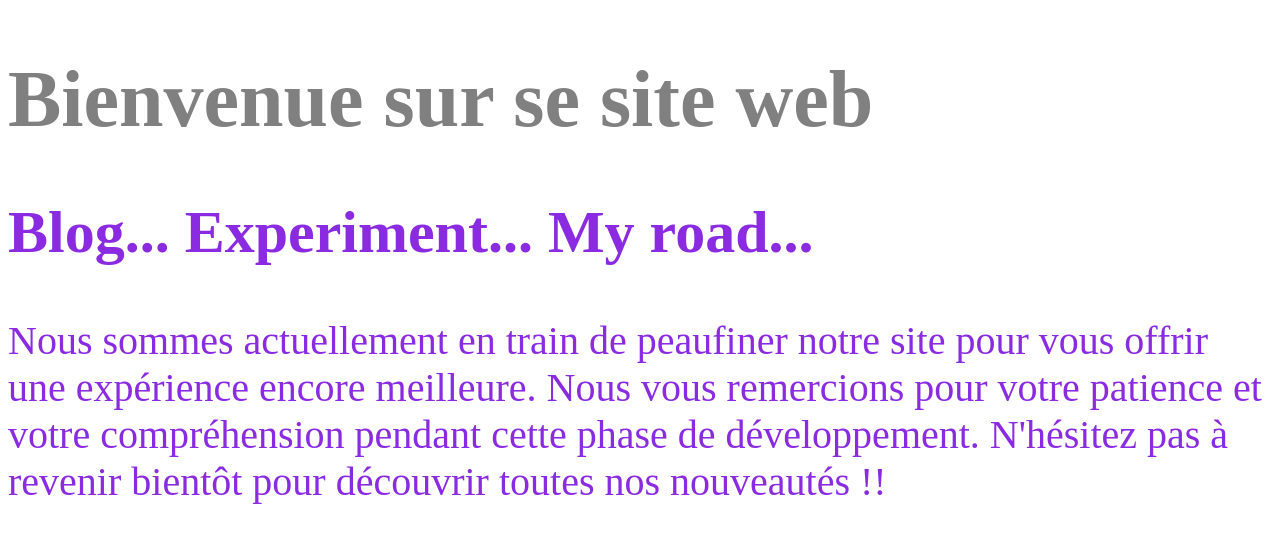
Repository: ValetteEvan/PersonalWebApp
Page: index.html
These files come from the project's save history. The page is drawn as it stood at one moment and after the next save; the edit follows.
The browser window is 1280 px wide. The pictures show the whole page.

Above is the page before, as saved 2025-01-07 17:40:32.

After the next save:
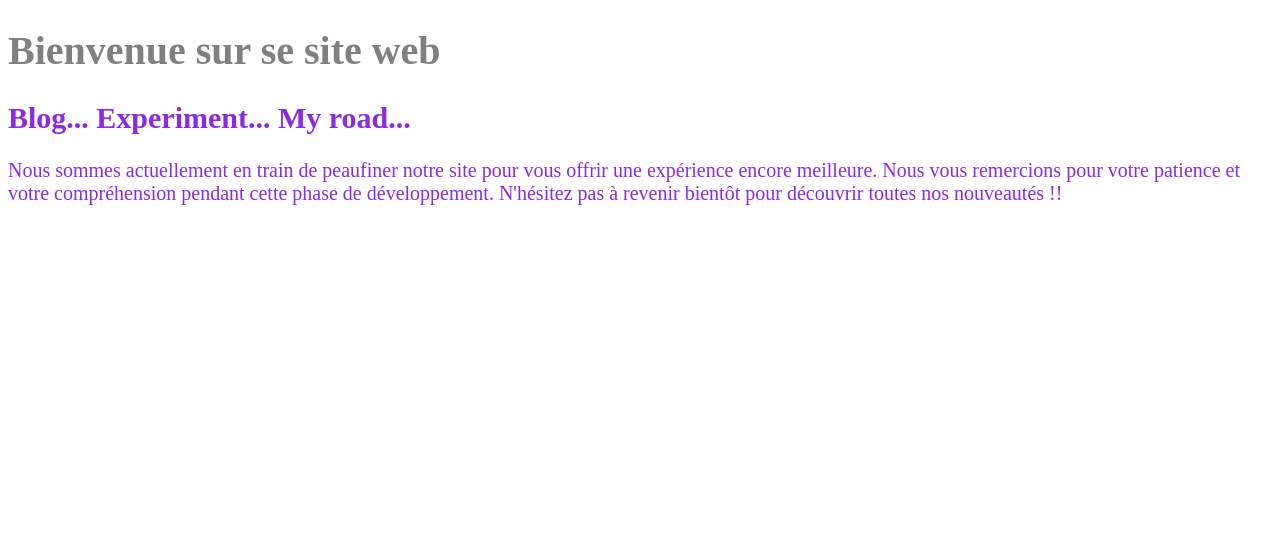
Saved 4 s later.
--- a/style.css
+++ b/style.css
@@ -2,6 +2,6 @@ h1 {
     color: gray;
 }
 .webGlobal{
-    font-size: 40px;
+    font-size: 20px;
     color: blueviolet;
 }
